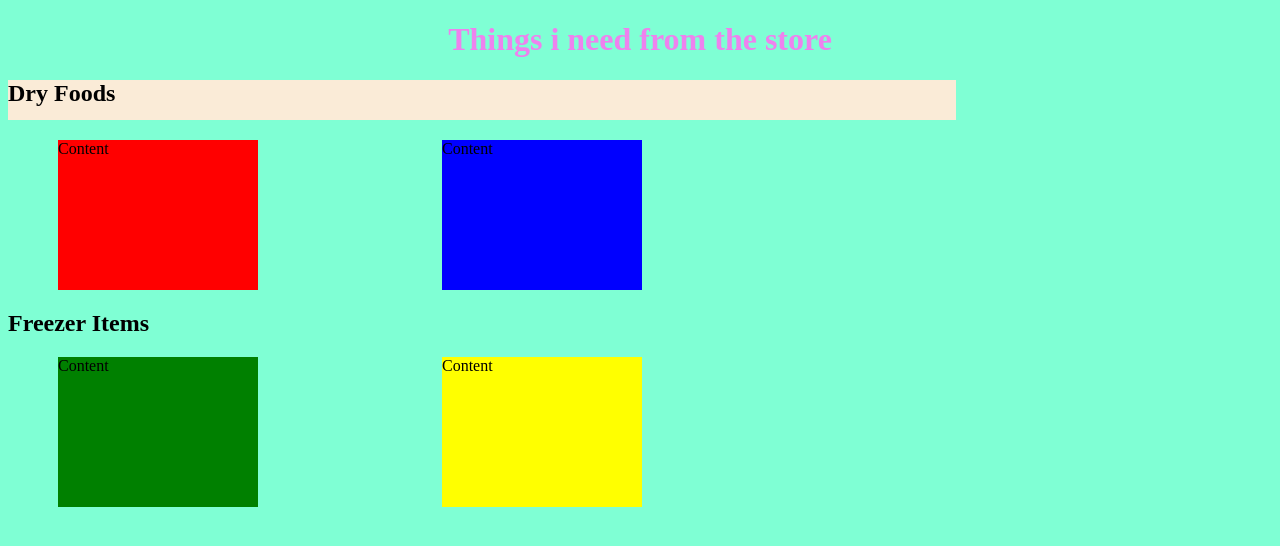
Repository: TheTroyPhillips/Block14
Page: Coursework/Block06/index.html
The author's editor kept a copy of each file at every save. The page is drawn from the files as they stood at one save, then again after a run of saves.
The browser window is 1280 px wide. The pictures show the whole page.

Above is the page before, as saved 2023-08-29 17:36:12.

After the next 5 saves:
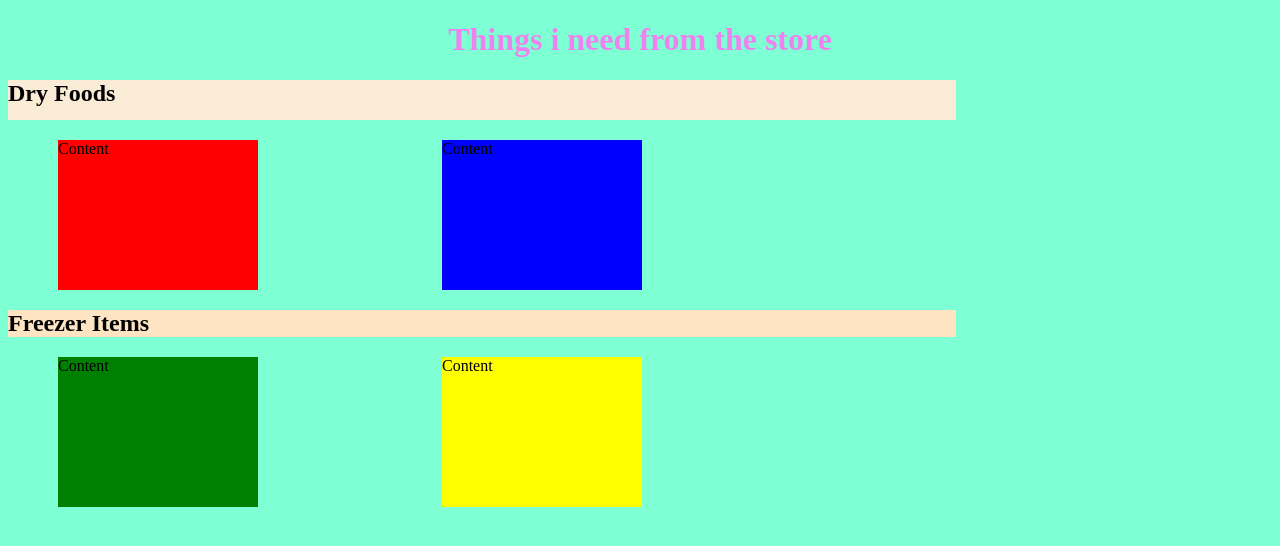
The 5 saves are shown as one change because they came seconds apart.
The last was saved 12 s later.
--- a/Coursework/Block06/styles.css
+++ b/Coursework/Block06/styles.css
@@ -27,5 +27,6 @@ h2 {
     height:40px;
 }
 .Freezer{
-    background-color: ;
+    background-color: bisque;
+    width: 75%;
 }
